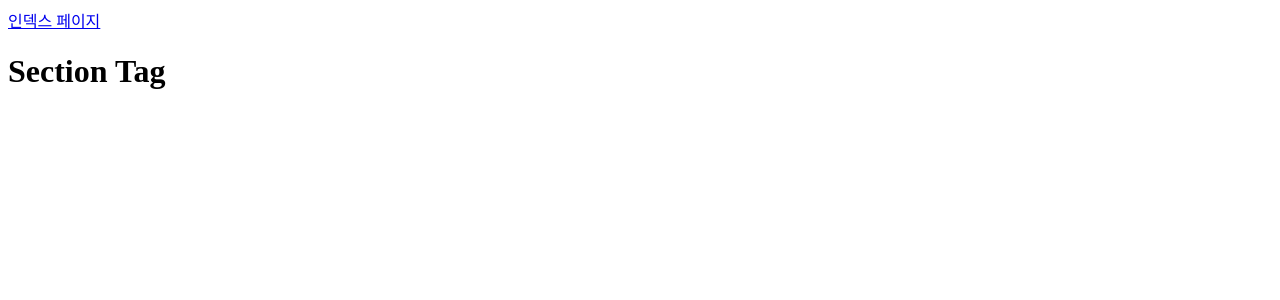
Repository: Sid0130/HTML
Page: lab-web/lab01_html/src/main/webapp/section.html
An editor plug-in stored every save of this project. The page is shown before and after the next save, followed by the edit.
The browser window is 1280 px wide. The pictures show the whole page.

Above is the page before, as saved 2024-12-03 01:58:44.

### lab-web/lab01_html/src/main/webapp/section.html
<!DOCTYPE html>
<html>
    <head>
        <meta charset="UTF-8">
        <title>lab01</title>
    </head>
        <body>
            <a href="index.html">인덱스 페이지</a>
            <h1>Section Tag</h1>
        </body>
</html>

After the next save:
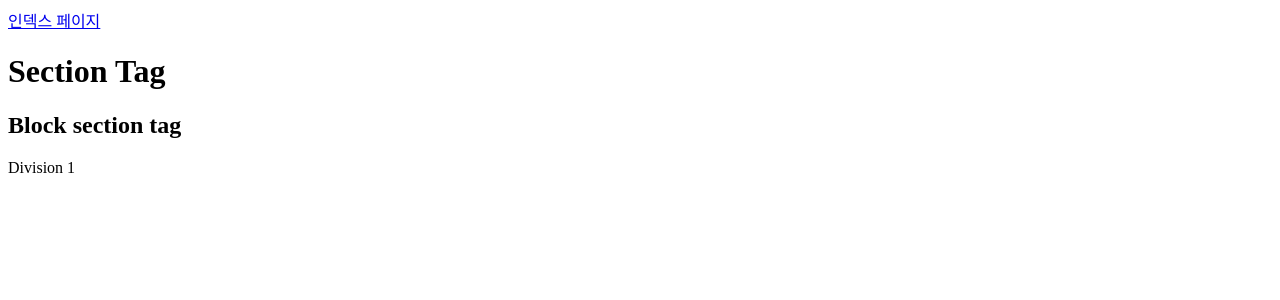
Saved 2 min 15 s later.
--- a/lab-web/lab01_html/src/main/webapp/section.html
+++ b/lab-web/lab01_html/src/main/webapp/section.html
@@ -5,7 +5,11 @@
         <title>lab01</title>
     </head>
         <body>
+
             <a href="index.html">인덱스 페이지</a>
+
             <h1>Section Tag</h1>
+            <h2>Block section tag</h2>
+            <div>Division 1</div>
         </body>
 </html>
